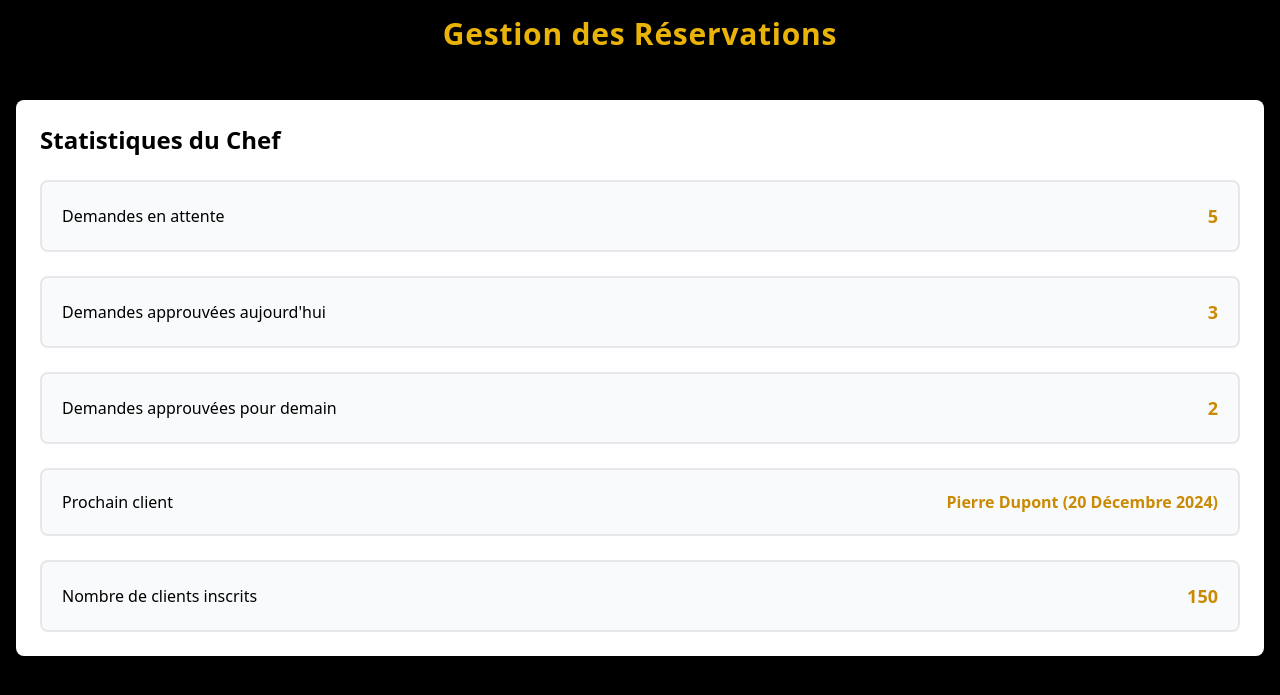
Repository: HamzaChehlaoui/Site-Web-pour-un-Chef-Cuisinier
Page: http://localhost/statistique.php
The author's editor kept a copy of each file at every save. The page is drawn from the files as they stood at one save, then again after the next save.
The browser window is 1280 px wide. The pictures show the whole page.
Some web libraries are served in a nearby version. The page is run by PHP 8.4 with error messages shown; the project is at /var/www/html/.

Above is the page before, as saved 2024-12-18 12:55:56.

After the next save:
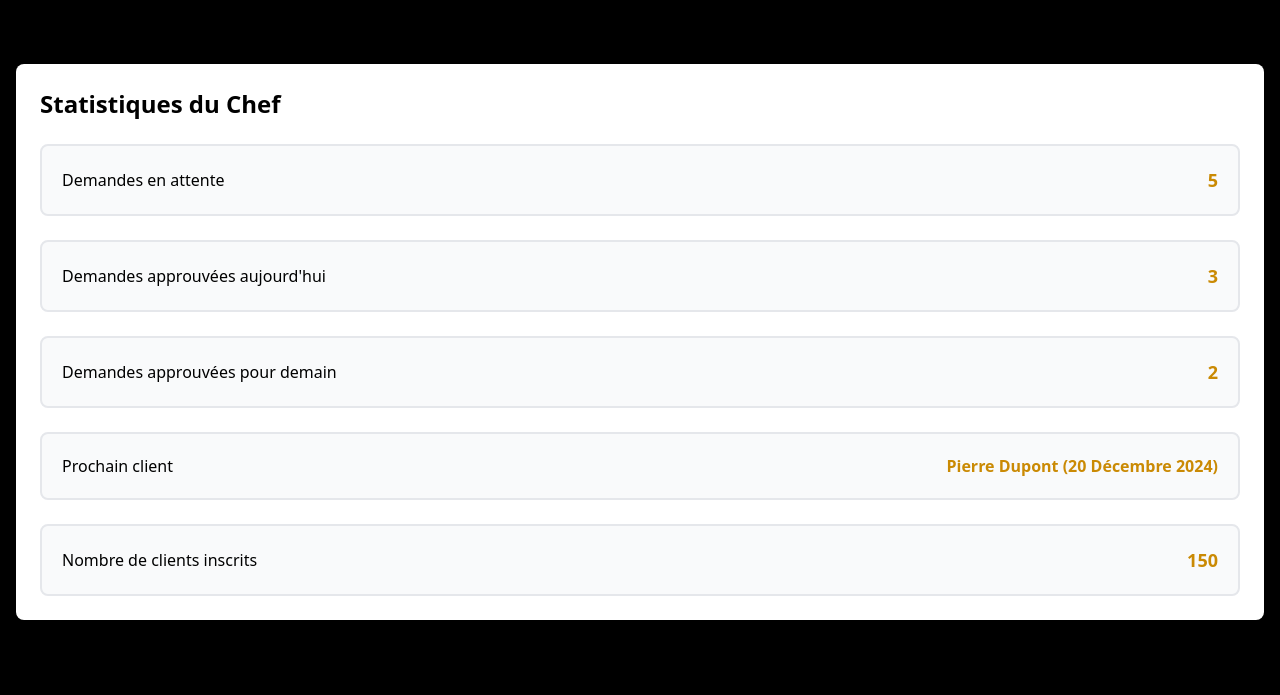
Saved 30 s later.
--- a/statistique.php
+++ b/statistique.php
@@ -31,7 +31,7 @@
 
     <!-- Header -->
     <header class=" text-black py-4 text-center shadow-md">
-        <h1 class="text-3xl font-extrabold tracking-wide text-yellow-500">Gestion des Réservations</h1>
+        <h1 class="text-3xl font-extrabold tracking-wide text-yellow-500"></h1>
     </header>
 
     <!-- Main Content -->
